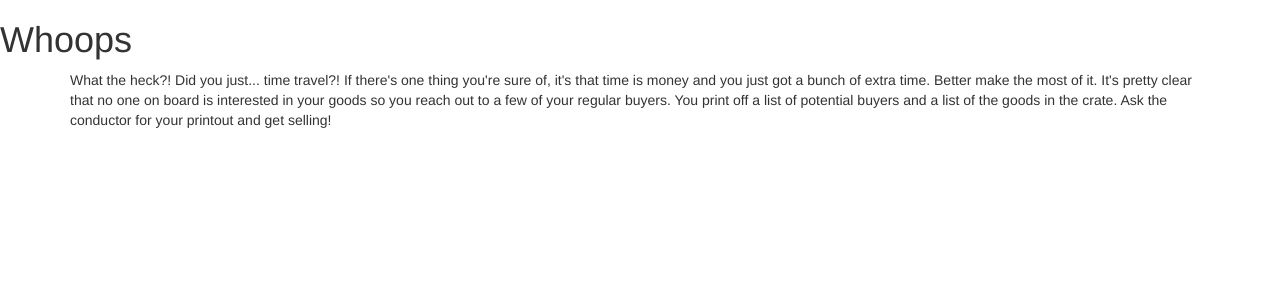
Repository: adleong/train-mystery
Page: 404.html
The author's editor kept a record of every edit. The page is drawn from the files as they stood at one moment, then again after the next edit.
The browser window is 1280 px wide. The pictures show the whole page.

Above is the page before.

### 404.html
<!DOCTYPE html>
<html lang="en">
  <head>
    <meta charset="utf-8">
    <meta http-equiv="X-UA-Compatible" content="IE=edge">
    <meta name="viewport" content="width=device-width, initial-scale=1">
    <!-- The above 3 meta tags *must* come first in the head; any other head content must come *after* these tags -->
    <title>Whoops</title>

    <!-- Bootstrap -->
    <link href="../css/bootstrap.min.css" rel="stylesheet">

    <!-- Latest compiled and minified JavaScript -->
    <script src="../js/jquery-2.1.4.min.js"></script>
    <script src="../js/bootstrap.min.js"></script>

    <!-- HTML5 shim and Respond.js for IE8 support of HTML5 elements and media queries -->
    <!-- WARNING: Respond.js doesn't work if you view the page via file:// -->
    <!--[if lt IE 9]>
      <script src="https://oss.maxcdn.com/html5shiv/3.7.2/html5shiv.min.js"></script>
      <script src="https://oss.maxcdn.com/respond/1.4.2/respond.min.js"></script>
    <![endif]-->
 </head>
 <body>
     <h1>Whoops</h1>
  <div class="container">
    <p>What the heck?! Did you just... time travel?!  If there's one thing you're sure of, it's that time is money and
    you just got a bunch of extra time.  Better make the most of it.  It's pretty clear that no one
    on board is interested in your goods so you reach out to a few of your regular buyers.  You print
    off a list of potential buyers and a list of the goods in the crate.  Ask the conductor for your
    printout and get selling!</p>
</div>
 </body>
</html>

Loaded but not shown: css/bootstrap.min.css (library); js/jquery-2.1.4.min.js (library); js/bootstrap.min.js (library)

After the next edit:
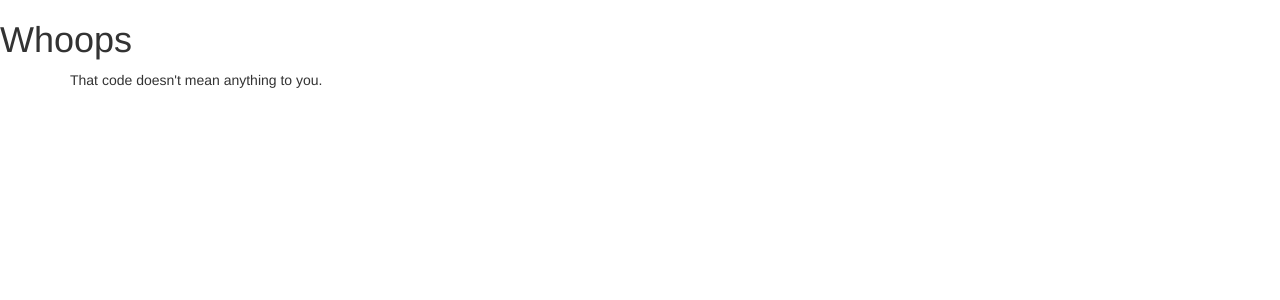
The edit:
--- a/404.html
+++ b/404.html
@@ -24,11 +24,7 @@
  <body>
      <h1>Whoops</h1>
   <div class="container">
-    <p>What the heck?! Did you just... time travel?!  If there's one thing you're sure of, it's that time is money and
-    you just got a bunch of extra time.  Better make the most of it.  It's pretty clear that no one
-    on board is interested in your goods so you reach out to a few of your regular buyers.  You print
-    off a list of potential buyers and a list of the goods in the crate.  Ask the conductor for your
-    printout and get selling!</p>
+    <p>That code doesn't mean anything to you.</p>
 </div>
  </body>
 </html>
